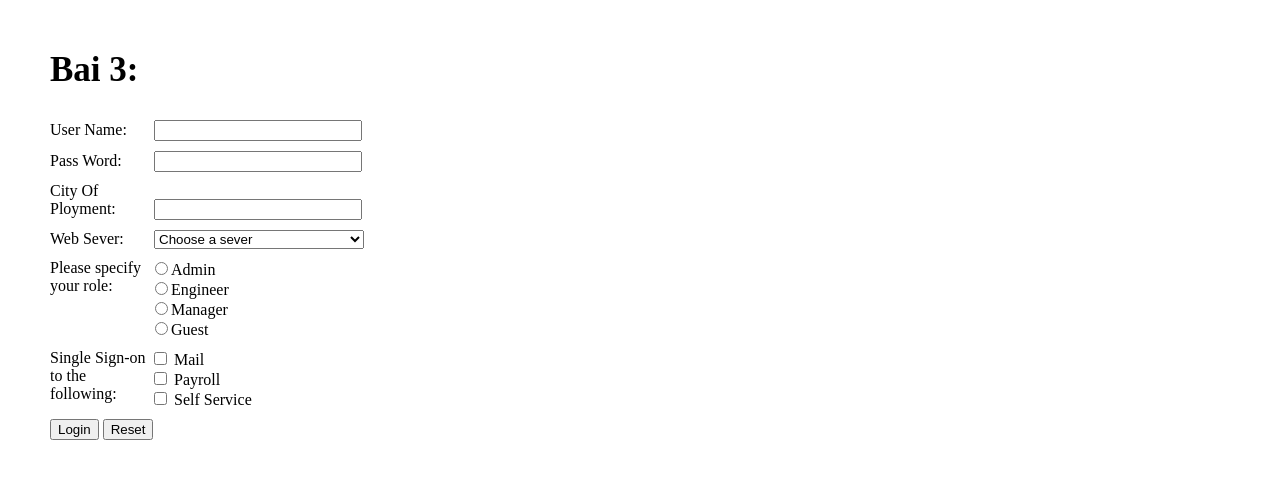
Repository: truongtn04/f8-fullstack-k5
Page: day03/ex03.html
These files come from the project's save history. The page is drawn as it stood at one moment and after the next save; the edit follows.
The browser window is 1280 px wide. The pictures show the whole page.

Above is the page before, as saved 2023-11-27 12:20:29.

After the next save:
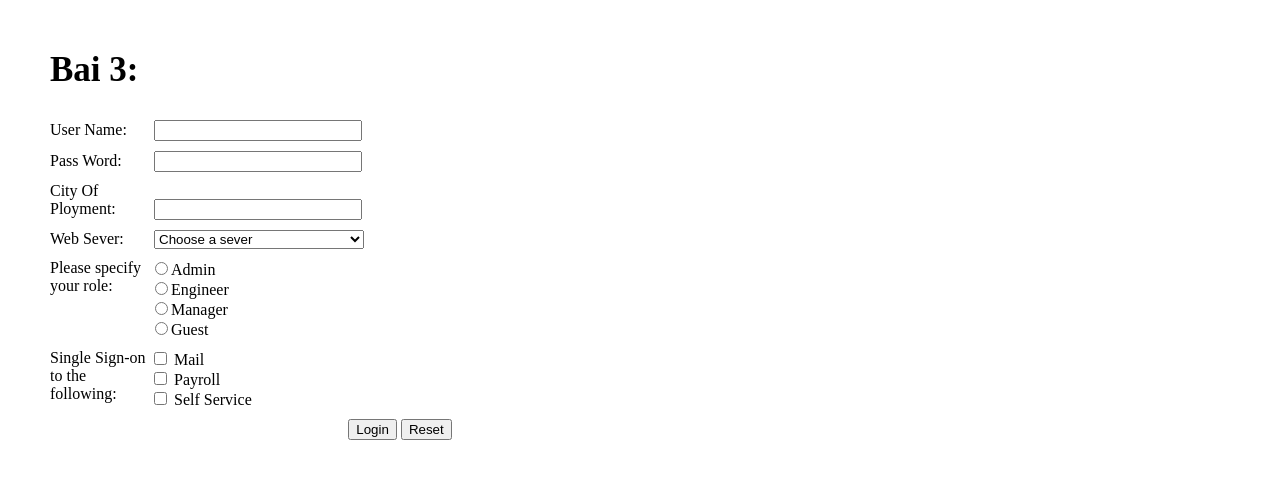
Saved 13 s later.
--- a/day03/css/ex03.css
+++ b/day03/css/ex03.css
@@ -29,3 +29,6 @@ select{
 .form-item__bonus{
     display: flex;
 }
+.button{
+    text-align: center;
+}
